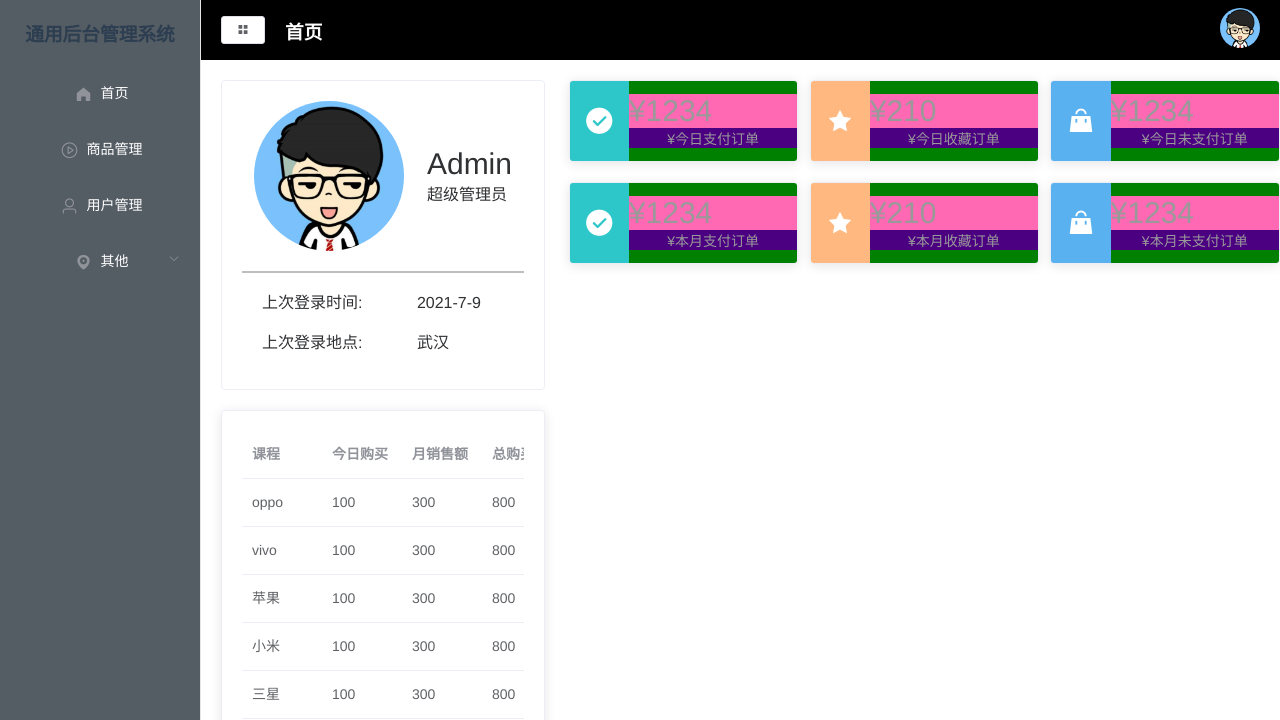
Repository: 385841539/VueStudy
Page: / (app in vue_cli/)
The author's editor kept a copy of each file at every save. The page is drawn from the files as they stood at one save, then again after the next save.
The browser window is 1280 px wide. The pictures show the whole page.
An inner scrolling area shows only its first screen. The project was rebuilt for these pictures with package versions that can differ from the ones it lists, and the page was loaded fresh each time. Also part of the build but not shown: vue_cli/vue.config.js.

Above is the page before, as saved 2022-01-13 15:14:53.

### vue_cli/public/index.html
<!DOCTYPE html>
<html lang="">

<head>
  <meta charset="utf-8">
  <meta http-equiv="X-UA-Compatible" content="IE=edge">
  <meta name="viewport" content="width=device-width,initial-scale=1.0">
  <link rel="icon" href="<%= BASE_URL %>favicon.ico">
  <title>
    <%= htmlWebpackPlugin.options.title %>
  </title>
  <style>
    body {

      padding: 0px;
      margin: 0px;
      width: 100%;
      height: 100%;

    }
  </style>
</head>

<body>
  <noscript>
    <strong>We're sorry but <%= htmlWebpackPlugin.options.title %> doesn't work properly without JavaScript enabled.
        Please enable it to continue.</strong>
  </noscript>
  <div id="app"></div>
  <!-- built files will be auto injected -->
</body>

</html>

### vue_cli/src/main.js
import Vue from 'vue'
import App from './App.vue'
import './registerServiceWorker'
import router from './router'
import store from './store'

import ElementUI from 'element-ui';
import 'element-ui/lib/theme-chalk/index.css';

Vue.use(ElementUI);


Vue.config.productionTip = false



new Vue({
  router,
  store,
  render: h => h(App)
}).$mount('#app')

### vue_cli/src/App.vue
<template>
  <div id="app">
    <!-- <p>这是一个P段落</p>
    <el-button>按钮</el-button>
    <el-button type="info">信息</el-button>
    <el-radio v-model="radio" label="1">备选项1</el-radio>
    <el-radio v-model="radio" label="2">备选项1</el-radio>

    <div>
      <router-link to="/">去home组件</router-link>
      <router-link to="/about">去about组件</router-link>
    </div> -->

    <router-view></router-view>
  </div>
</template>
<script>


export default {
  data() {
    return {
      radio: "1",
    };
  },
};
</script>


<style lang="scss">
#app {
  font-family: Avenir, Helvetica, Arial, sans-serif;
  -webkit-font-smoothing: antialiased;
  -moz-osx-font-smoothing: grayscale;
  text-align: center;
  color: #2c3e50;
}

#nav {
  padding: 30px;

  a {
    font-weight: bold;
    color: #2c3e50;

    &.router-link-exact-active {
      color: #42b983;
    }
  }
}
</style>

### vue_cli/src/router/index.js
import Vue from 'vue'
import VueRouter from 'vue-router'
import Main from '../views/Main.vue'

Vue.use(VueRouter)

const routes = [
  {
    path: '/',
    name: 'main',
    component: Main,
    children: [

      {
        path: "/",
        name: "home",
        component: () => import('@/views/Home/Home')

      },
      {
        path: "/mall",
        name: "mall",
        component: () => import('@/views/Mall/Mall')

      },

    ]
  },
  {
    path: '/about',
    name: 'About',
    // route level code-splitting
    // this generates a separate chunk (about.[hash].js) for this route
    // which is lazy-loaded when the route is visited.
    component: () => import(/* webpackChunkName: "about" */ '../views/About.vue')
  }
]

const router = new VueRouter({
  mode: 'history',
  base: process.env.BASE_URL,
  routes
})

export default router

### vue_cli/src/store/index.js
import Vue from 'vue'
import Vuex from 'vuex'
import tab from "./tab"

Vue.use(Vuex)

export default new Vuex.Store({
  state: {
  },
  mutations: {
  },
  actions: {
  },
  modules: {
    tab
  }
})

### vue_cli/src/views/Main.vue
<template>
  <el-container style="height: 100vh">
    <el-aside width="auto">
      <CommonAside></CommonAside>
    </el-aside>
    <el-container>
      <el-header>
        <CommonHeader></CommonHeader>
      </el-header>
      <el-main>
        <router-view></router-view>
      </el-main>
    </el-container>
  </el-container>
</template>

<script>
// @ is an alias to /src
import CommonAside from "../components/CommonAside.vue";
import CommonHeader from "../components/CommonHeader.vue";

export default {
  name: "main",
  components: {
    CommonAside,
    CommonHeader,
  },
};
</script>
<style lang='scss' scoped>
.el-container {
  padding: 0px;
  max-width: 100%;
}
.el-aside {
  margin: 0px;
  padding: 0px;
}
.el-header {
  background-color: black;
  width: 100%;
  padding: 0%;
  margin: 0%;
}
.el-main {
  padding: 0px;
  height: 100%;
  width: 100%;
}
.router-view {
  padding: 0px;
  height: 100%;
  width: 100%;
}
</style>

### vue_cli/src/views/Home/Home.vue




<template>
  <div>
    <el-row :gutter="24">
      <el-col :span="8" style="margin-top: 20px">
        <el-card shadow="hover">
          <div class="user">
            <img :src="userImg" />
            <div class="userInfo">
              <p style="font-size: 30px">Admin</p>
              <p>超级管理员</p>
            </div>
          </div>

          <div class="loginInfo">
            <p>上次登录时间: <span>2021-7-9</span></p>
            <p>上次登录地点: <span>武汉</span></p>
          </div>
        </el-card>
        <el-card style="height: 470px; margin-top: 20px">
          <el-table :data="tableData">
            <el-table-column
              show-overflow-tooltip
              v-for="(value, key) in tableLabel"
              :key="key"
              :prop="key"
              :label="value"
            ></el-table-column>
          </el-table>
        </el-card>
      </el-col>
      <el-col :span="16" style="margin-top: 20px">
        <div class="num">
          <el-card
            shandow="hover"
            v-for="item in countData"
            :key="item.name"
            :body-style="{ display: 'flex', padding: 0 }"
          >
            <i
              class="icon"
              :class="`el-icon-${item.icon}`"
              :style="{ background: item.color }"
            ></i>
            <div class="detail">
              <p class="num">¥{{ item.value }}</p>
              <p class="txt">¥{{ item.name }}</p>
            </div>
          </el-card>
        </div>
      </el-col>
    </el-row>
  </div>
</template>



<script>
export default {
  data() {
    return {
      userImg: require("../../assets/images/user.png"),
      tableData: [
        {
          name: "oppo",
          todayBuy: 100,
          monthBuy: 300,
          totalBuy: 800,
        },
        {
          name: "vivo",
          todayBuy: 100,
          monthBuy: 300,
          totalBuy: 800,
        },
        {
          name: "苹果",
          todayBuy: 100,
          monthBuy: 300,
          totalBuy: 800,
        },
        {
          name: "小米",
          todayBuy: 100,
          monthBuy: 300,
          totalBuy: 800,
        },
        {
          name: "三星",
          todayBuy: 100,
          monthBuy: 300,
          totalBuy: 800,
        },
        {
          name: "魅族",
          todayBuy: 100,
          monthBuy: 300,
          totalBuy: 800,
        },
      ],
      tableLabel: {
        name: "课程",
        todayBuy: "今日购买",
        monthBuy: "月销售额",
        totalBuy: "总购买量",
      },
      countData: [
        {
          name: "今日支付订单",
          value: 1234,
          icon: "success",
          color: "#2ec7c9",
        },
        {
          name: "今日收藏订单",
          value: 210,
          icon: "star-on",
          color: "#ffb980",
        },
        {
          name: "今日未支付订单",
          value: 1234,
          icon: "s-goods",
          color: "#5ab1ef",
        },
        {
          name: "本月支付订单",
          value: 1234,
          icon: "success",
          color: "#2ec7c9",
        },
        {
          name: "本月收藏订单",
          value: 210,
          icon: "star-on",
          color: "#ffb980",
        },
        {
          name: "本月未支付订单",
          value: 1234,
          icon: "s-goods",
          color: "#5ab1ef",
        },
      ],
    };
  },
};
</script>


<style  lang="scss" scoped>
// div {
//   background: blue;
//   height: 100%;
//   padding: 0px;
//   margin: 0px;
// }
.el-card {
  margin-left: 20px;
}

.user {
  display: flex;
  align-items: center;
  justify-content: space-around;
  border-bottom: 2px solid rgb(194, 189, 189);

  padding-bottom: 20px;
  .userInfo {
    text-align: start;

    p {
      margin: 0px;
    }
  }
  img {
    width: 150px;
    height: 150px;
    border-radius: 50%;
  }
}

.loginInfo {
  // background-color: yellowgreen;
  margin-top: 0px;
  text-align: start;
  padding-left: 20px;

  span {
    margin-left: 50px;
  }
}

.num {
  display: flex;
  flex-wrap: wrap;
  justify-content: space-between;
  margin: 0px;
  .el-card {
    margin: 0px;
    width: 32%;
    margin-bottom: 20px;
    height: 80px;
  }
  .icon {
    font-size: 30px;
    width: 80px;
    height: 80px;
    text-align: center;
    line-height: 80px;
    color: #fff;
  }
  .detail {
    display: flex;
    flex-direction: column;
    background-color: green;
    justify-content: center;
    width: 100%;

    .num {
      font-size: 30px;
      background-color: hotpink;
      color: #999999;
      text-align: center;
    }
    .txt {
      background-color: indigo;
      font-size: 14px;
      color: #999999;
          text-align: center;
    }
    p {
      margin: 0px;
    }
  }
}
</style>

### vue_cli/src/store/tab.js
export default {


    state: {

        isCollapse: false

    },


    mutations: {

        collaspseMenu(state) {
            state.isCollapse = !state.isCollapse

        }



    }


}

### vue_cli/src/components/CommonAside.vue
<template>
  <el-menu
    class="el-menu-vertical-demo"
    :collapse="isCollapse"
    background-color="#545c64"
    text-color="#fff"
    active-text-color="#ffd04b"
  >
    <h3>{{ getName }}</h3>

    <el-menu-item
      :index="item.path"
      v-for="item in noChildren"
      :key="item.name"
      @click="clickMenu(item)"
    >
      <i :class="'el-icon-' + item.icon"></i>
      <span slot="title">{{ item.label }}</span>
    </el-menu-item>

    <el-submenu
      :index="item.label"
      v-for="item in hazChildren"
      :key="item.label"
    >
      <div slot="title">
        <i :class="'el-icon-' + item.icon"></i>
        <span>{{ item.label }}</span>
      </div>

      <el-menu-item-group>
        <el-menu-item
          v-for="(subItem, subIndex) in item.children"
          :index="subItem.path"
          :key="subIndex"
        >
          <i :class="'el-icon-' + subItem.icon"></i>
          <span slot="title">{{ subItem.label }}</span>
        </el-menu-item>
      </el-menu-item-group>
    </el-submenu>
  </el-menu>
</template>

<style>
.el-menu-vertical-demo:not(.el-menu--collapse) {
  width: 200px;
  height: 100%;
  min-height: 400px;
}

</style>


<script>
export default {
  data() {
    return {
      menu: [
        {
          path: "/",
          name: "home",
          label: "首页",
          icon: "s-home",
          url: "Home/Home",
        },
        {
          path: "/mall",
          name: "mall",
          label: "商品管理",
          icon: "video-play",
          url: "MallManage/MallManage",
        },
        {
          path: "/user",
          name: "user",
          label: "用户管理",
          icon: "user",
          url: "UserMange/UserMange",
        },
        {
          label: "其他",
          icon: "location",
          children: [
            {
              path: "/page1",
              name: "page1",
              label: "页面1",
              icon: "setting",
              url: "Other/PageOne",
            },
            {
              path: "/page2",
              name: "page2",
              label: "页面2",
              icon: "setting",
              url: "Other/PageTwo",
            },
          ],
        },
      ],
    };
  },
  methods: {
    clickMenu(item) {
      console.log(item);
      this.$router.push({ name: item.name });
    },
  },
  computed: {
    isCollapse() {
      return this.$store.state.tab.isCollapse;
    },
    getName() {
      if (this.isCollapse) return "后台";

      return "通用后台管理系统";
    },
    noChildren() {
      return this.menu.filter((item) => {
        console.log(item);
        return !item.children;
      });
    },
    hazChildren() {
      return this.menu.filter((item) => item.children);
    },
  },
};
</script>

### vue_cli/src/components/CommonHeader.vue
<template>
  <header>
    <div class="l-content">
      <el-button
        plain
        icon="el-icon-menu"
        size="mini"
        v-on:click="handleMenu"
      ></el-button>
      <h3 class="home-title">首页</h3>
    </div>

    <div class="r-content">
      <el-dropdown szie="mini" trigger="click">
        <span>
          <img :src="userImg" class="user" />
        </span>

        <el-dropdown-menu slot="dropdown">
          <el-dropdown-item>个人中心</el-dropdown-item>
          <el-dropdown-item>个人中心1</el-dropdown-item>
        </el-dropdown-menu>
      </el-dropdown>
    </div>
  </header>
</template>



<script>
export default {
  data() {
    return {
      userImg: require("../assets/images/user.png"),
    };
  },

  methods: {
    handleMenu() {
      this.$store.commit("collaspseMenu");
    },
  },
};
</script>


<style  lang="scss" scoped>
header {
  display: flex;
  height: 100%;
  width: 100%;
  align-items: center;
  justify-content: space-between;
  padding: 0;
  margin: 0;
}

.home-title {
  color: white;
}

.l-content {
  display: flex;
  align-items: center;
  margin-left: 20px;
  .el-button {
    margin-right: 20px;
  }
}

.r-content {
  .user {
    width: 40px;
    height: 40px;
    border-radius: 50%;
    margin-right: 20px;
  }
}
</style>

Loaded but not shown: vue_cli/src/registerServiceWorker.js (common file)

After the next save:
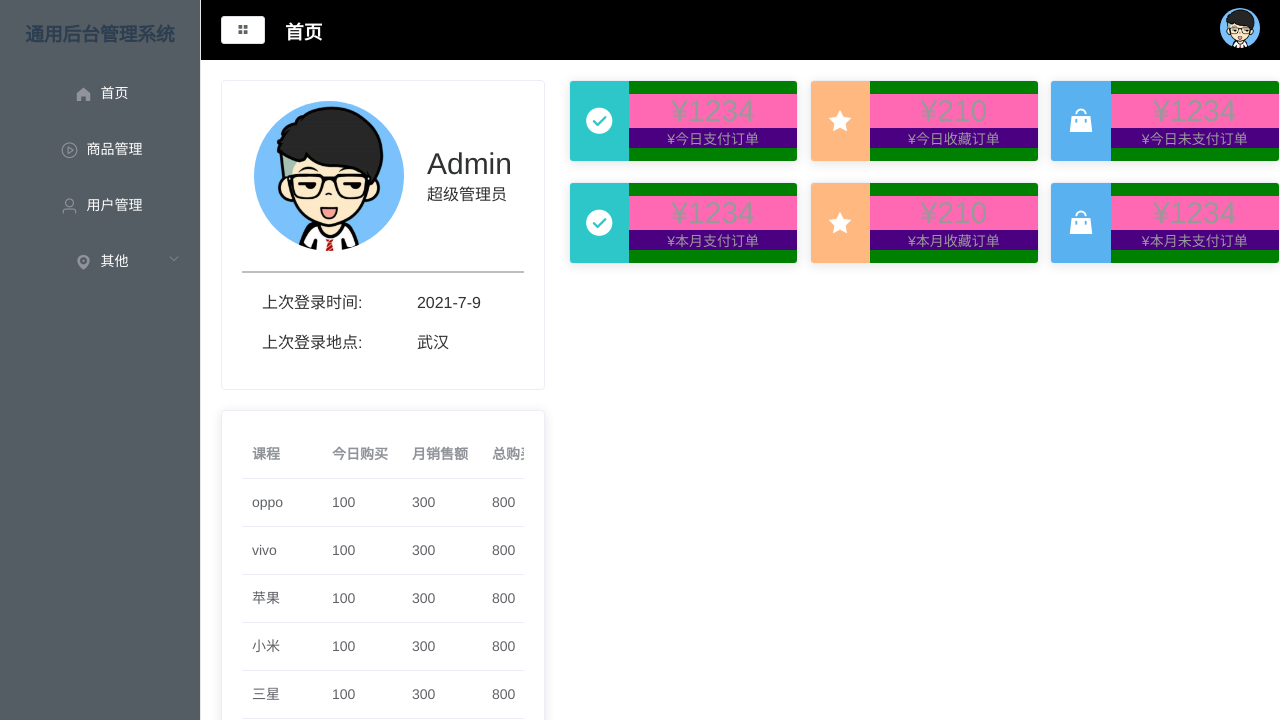
Saved 13 s later.
--- a/vue_cli/src/views/Home/Home.vue
+++ b/vue_cli/src/views/Home/Home.vue
@@ -225,6 +225,9 @@
       background-color: hotpink;
       color: #999999;
       text-align: center;
+      align-content: center;
+      align-items: center;
+    justify-content: center;
     }
     .txt {
       background-color: indigo;

After the save that followed:
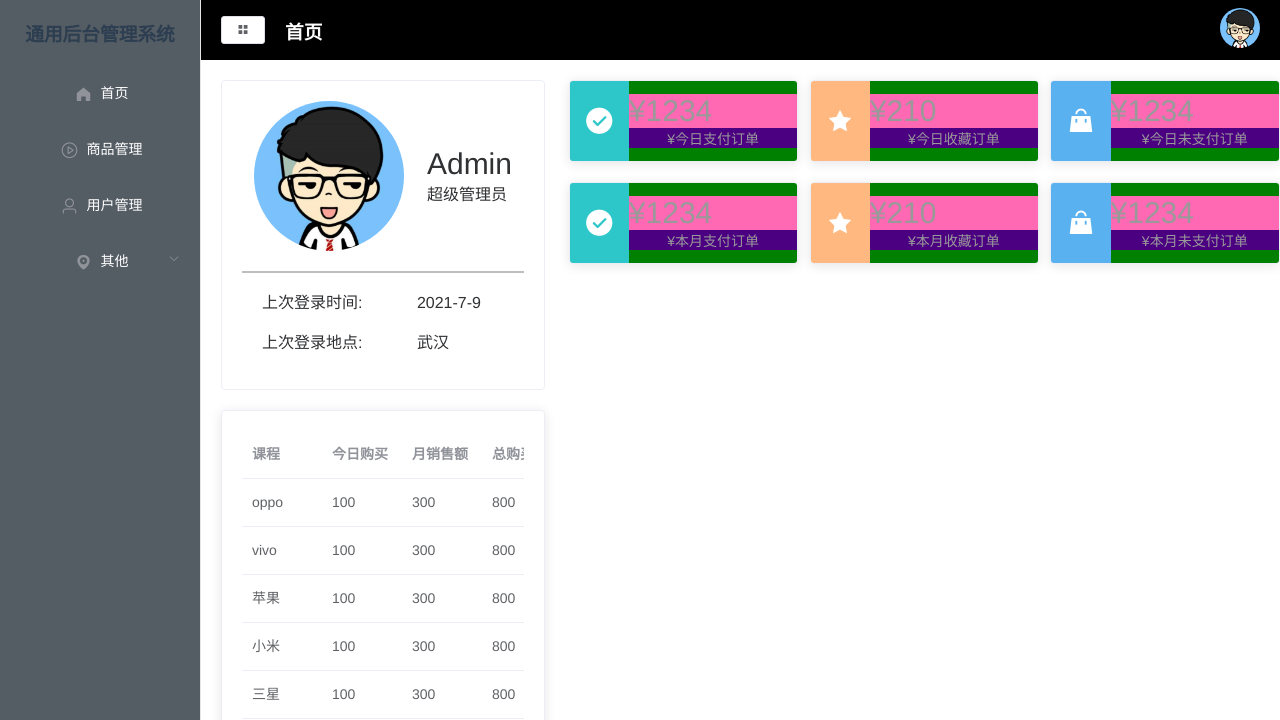
Saved 5 s later.
--- a/vue_cli/src/views/Home/Home.vue
+++ b/vue_cli/src/views/Home/Home.vue
@@ -227,7 +227,7 @@
       text-align: center;
       align-content: center;
       align-items: center;
-    justify-content: center;
+    // justify-content: center;
     }
     .txt {
       background-color: indigo;
